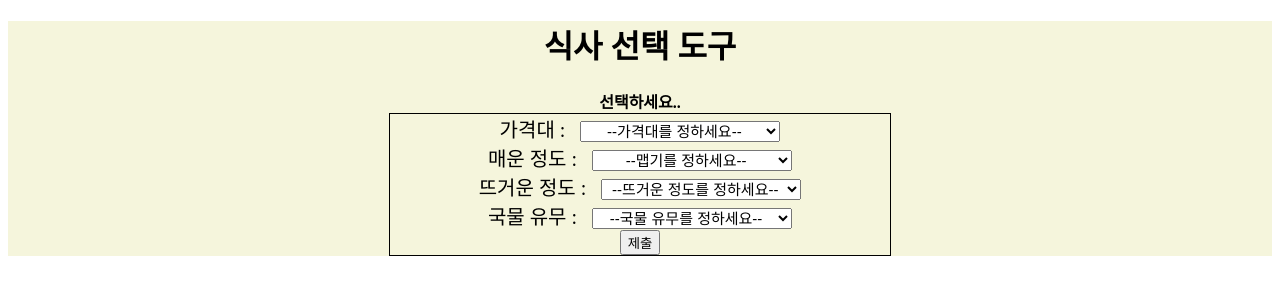
Repository: kimgh06/JavaWeb
Page: http://localhost/what/
An editor plug-in stored every save of this project. The page is shown before and after the next save, followed by the edit.
The browser window is 1280 px wide. The pictures show the whole page.
The page is served by Tomcat 9. Other server files are loaded and not shown.

Above is the page before, as saved 2022-11-04 00:51:10.

### what/src/main/webapp/index.jsp
<%@ page language="java" contentType="text/html; charset=EUC-KR"
	pageEncoding="EUC-KR"%>
<!DOCTYPE html>
<html>
<head>
<meta charset="EUC-KR">
<title>식사 선택 도구</title>
<link href="./main.css?after" rel="stylesheet" type="text/css">
</head>
<body>
	<div id="main">
		<h1>식사 선택 도구</h1>
		<b>선택하세요..</b>
		<form id="form">
			<div>
				<label>가격대 :</label> <select>
					<option value="-1">--가격대를 정하세요--</option>
					<option value="1">8000원 이하</option>
					<option value="2">13000원 이하</option>
					<option value="3">18000원 이하</option>
					<option value="4">23000원 이하</option>
					<option value="5">23000원 이상</option>
				</select>
			</div>
			<div>
				<label>매운 정도 :</label> <select>
					<option value="-1">--맵기를 정하세요--</option>
					<option value="하">맵지 않음</option>
					<option value="중">적당히 매움</option>
					<option value="상">매움</option>
				</select>
			</div>
			<div>
				<label>뜨거운 정도 :</label> <select>
					<option value="-1">--뜨거운 정도를 정하세요--</option>
					<option value="하">뜨겁지 않음</option>
					<option value="중">따뜻함</option>
					<option value="상">뜨거움</option>
				</select>
			</div>
			<div>
				<label>국물 유무 :</label> <select>
					<option value="-1">--국물 유무를 정하세요--</option>
					<option value="0">없음</option>
					<option value="1">있음</option>
				</select>
			</div>
			<button>제출</button>
		</form>
	</div>
</body>
</html>

### what/src/main/webapp/main.css
@CHARSET "UTF-8";

#main{
	text-align: center;
	display: block;
	background-color: beige;
}

#form{
	width: 500px;
	display: block;
	border: 1px solid black;
	margin:auto;
}

#form div{
	font-size: 20px;
}
#form div select{
	text-align:center;
	margin-left: 10px;
	width:200px;
	font-size: 15px;
}

After the next save:
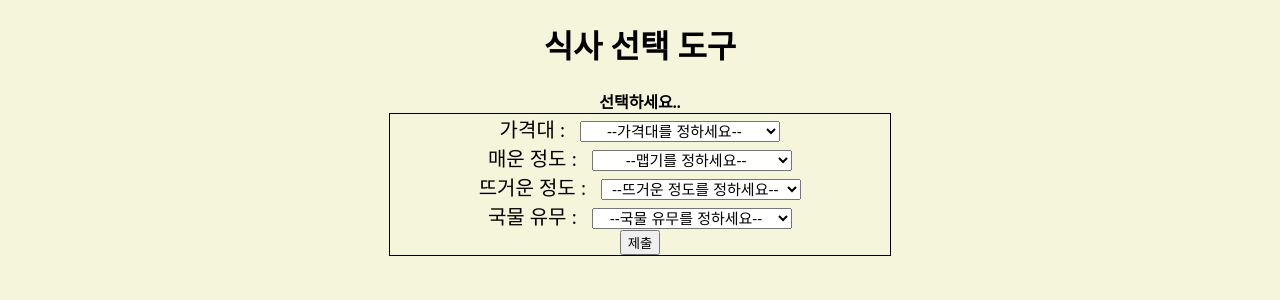
Saved 22 s later.
--- a/what/src/main/webapp/main.css
+++ b/what/src/main/webapp/main.css
@@ -1,9 +1,12 @@
 @CHARSET "UTF-8";
+
+body{
+	background-color: beige;
+}
 
 #main{
 	text-align: center;
 	display: block;
-	background-color: beige;
 }
 
 #form{
